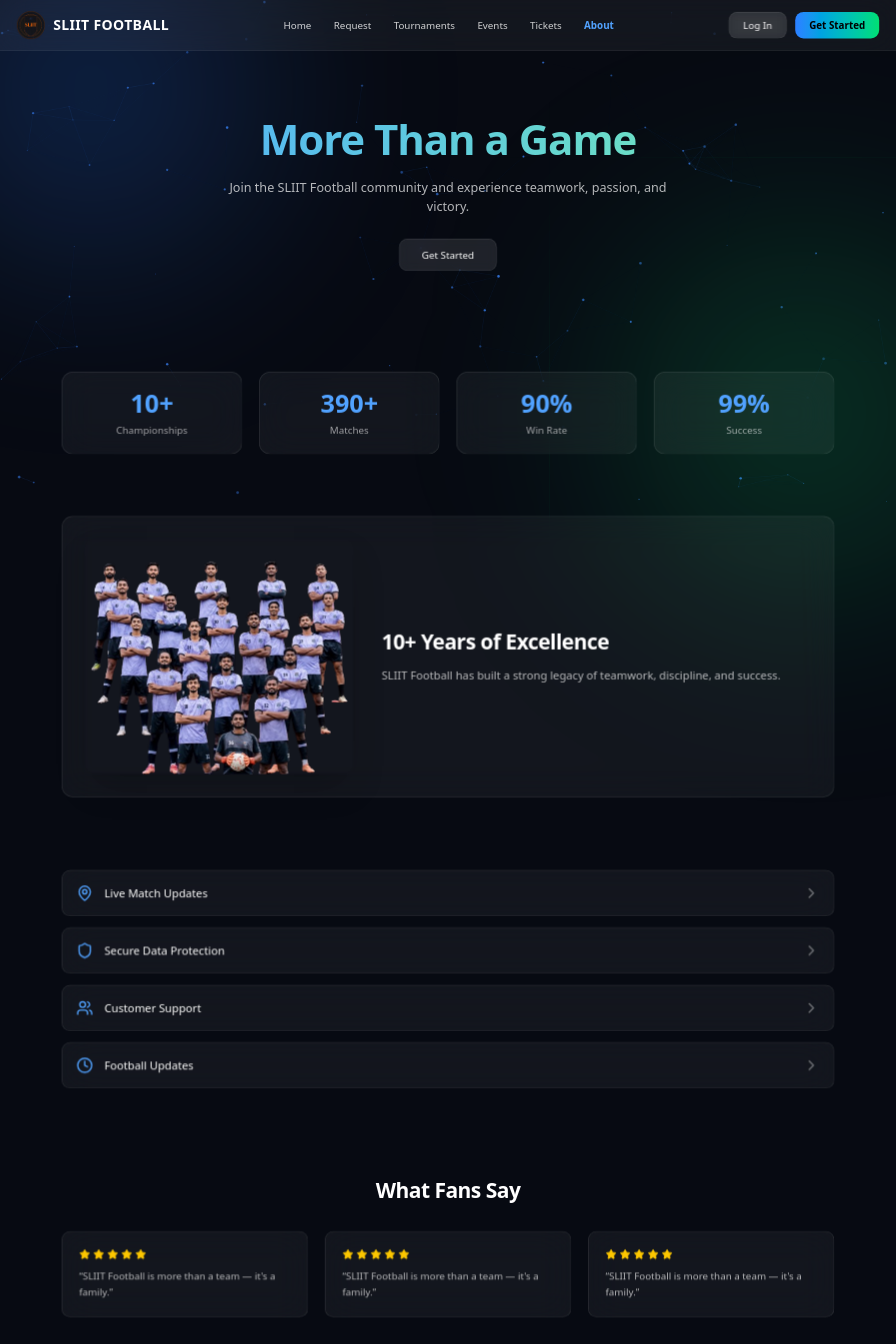
Repository: azeez6789/springboot-footbal-web
Page: /home (app in client/)
The author's editor kept a copy of each file at every save. The page is drawn from the files as they stood at one save, then again after the next save.
The browser window is 1280 px wide. The pictures show the part of the page from y = 0 to 1920 px (the page is 2785 px tall before and 2811 px after), at 70% of full size.
The project was rebuilt for these pictures with package versions that can differ from the ones it lists, and the page was loaded fresh each time. Also part of the build but not shown: client/vite.config.js, client/src/common/services/userService.js, client/src/common/component/login.jsx, client/src/common/component/register.jsx, client/src/common/component/About.jsx, client/src/common/pages/event.jsx, client/src/common/pages/ticket.jsx, client/src/common/pages/playerForm.jsx and 19 more.

Above is the page before, as saved 2026-09-28 02:55:10.

After the next save:
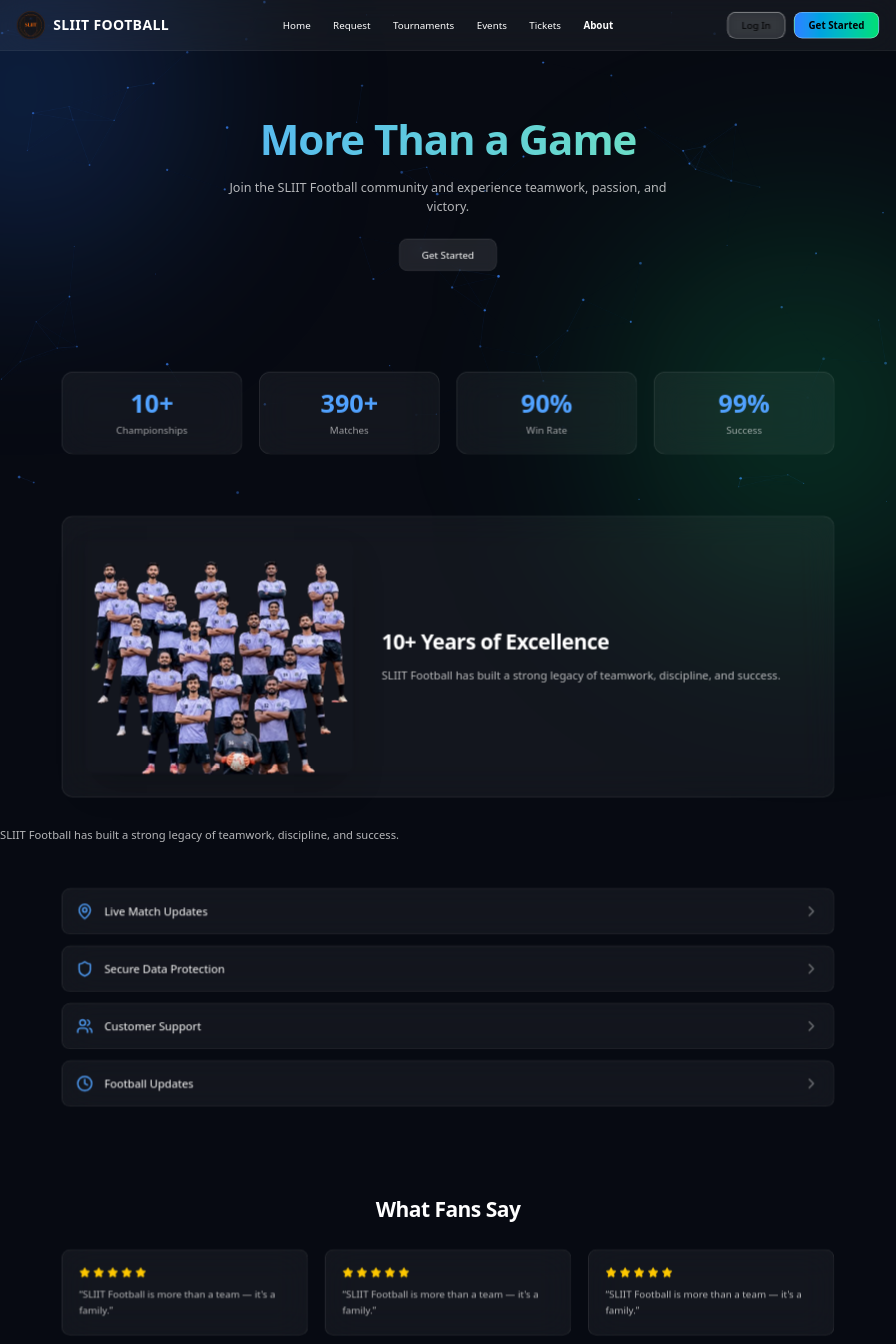
Saved 2 days later.
--- a/client/src/common/pages/home.jsx
+++ b/client/src/common/pages/home.jsx
@@ -145,7 +145,7 @@
       <StarryBackground />
 
       {/* ===== BACKGROUND GLOW ===== */}
-      <div className="fixed w-[500px] h-[500px] bg-blue-500/20 blur-[140px] rounded-full top-[-120px] left-[-120px] pointer-events-none z-0" />
+      <div className="fixed w-[500px] h-[500px] bg-blue-500/20 blur-[140px] rounded-full top-[-120px] left-[-220px] pointer-events-none z-0" />
       <div className="fixed w-[500px] h-[500px] bg-green-400/20 blur-[160px] rounded-full bottom-[-120px] right-[-120px] pointer-events-none z-0" />
 
       {/* ===== HEADER (GLASS) ===== */}
@@ -158,26 +158,26 @@
               <span className="font-bold text-xl tracking-wide">SLIIT FOOTBALL</span>
             </div>
 
-            <nav className="hidden md:flex gap-8 text-white/80 text-sm font-medium">
+            <nav className="hidden md:flex gap-8 text-white/400 text-sm font-medium">
               <a onClick={() => navigate('/')} className="hover:text-white cursor-pointer transition-colors">Home</a>
-              <a onClick={() => navigate('/pages/Regrequest')} className="hover:text-white cursor-pointer transition-colors">Request</a>
+              <a onClick={() => navigate('/pages/udash')} className="hover:text-white cursor-pointer transition-colors">Request</a>
               <a onClick={() => navigate('/pages/tournament')} className="hover:text-white cursor-pointer transition-colors">Tournaments</a>
               <a onClick={() => navigate('/pages/event')} className="hover:text-white cursor-pointer transition-colors">Events</a>
               <a onClick={() => navigate('/pages/ticket')} className="hover:text-white cursor-pointer transition-colors">Tickets</a>
-              <a onClick={() => navigate('/component/about')} className="text-blue-400 font-semibold cursor-pointer">About</a>
+              <a onClick={() => navigate('/component/about')} className="hover :text-white-400 font-semibold cursor-pointer">About</a>
             </nav>
 
             <div className="flex gap-3 text-sm font-medium">
               <button
                 onClick={() => navigate('/component/login')}
-                className="px-5 py-2 rounded-xl bg-white/10 border border-white/10 backdrop-blur hover:bg-white/20 transition-all"
+                className="px-5 py-2 rounded-xl bg-white/10 border border-white/50 backdrop-blur hover:bg-white/20 text-black transition-all"
               >
                 Log In
               </button>
 
               <button
                 onClick={() => navigate('/component/register')}
-                className="px-5 py-2 rounded-xl bg-gradient-to-r from-blue-500 to-green-400 text-black font-semibold hover:opacity-90 transition-all"
+                className="px-5 py-2 rounded-xl bg-gradient-to-r  border border-white/50 from-blue-500 to-green-400 text-black font-semibold hover:opacity-90 transition-all"
               >
                 Get Started
               </button>
@@ -233,6 +233,12 @@
         </div>
       </section>
 
+      <section>
+         <p className="text-white/70 leading-relaxed">
+              SLIIT Football has built a strong legacy of teamwork, discipline, and success.
+            </p>
+      </section>
+
       {/* ===== SERVICES (GLASS STYLE) ===== */}
       <section className="max-w-6xl mx-auto px-6 py-16 space-y-4 relative z-10">
         {[
